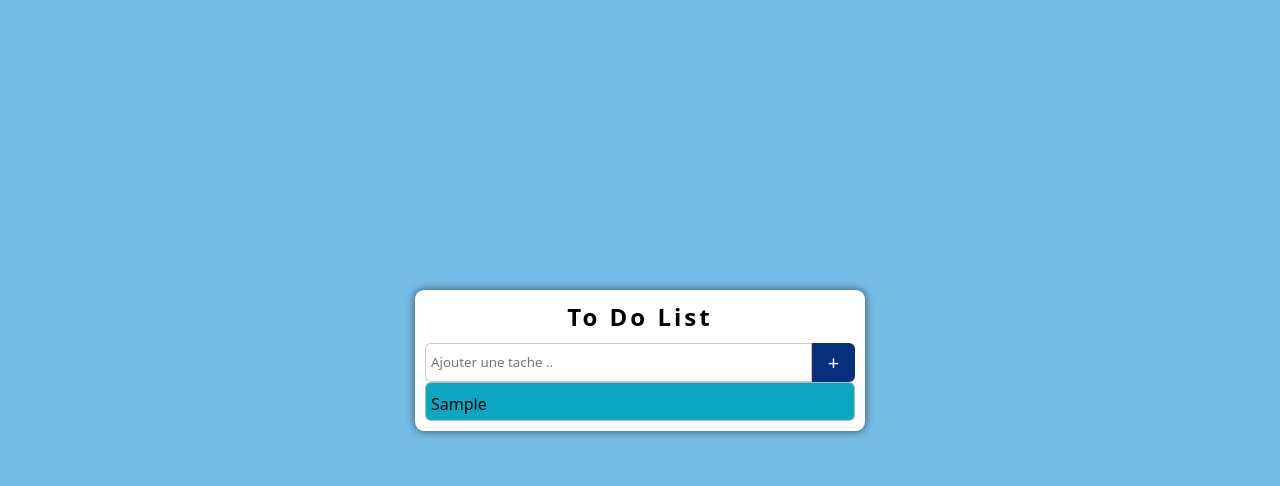
Repository: beva3/javaScrypt
Page: to-do-liste/index.html
These files come from the project's save history. The page is drawn as it stood at one moment and after a run of saves; the edit follows.
The browser window is 1280 px wide. The pictures show the whole page.
Empty fields were first filled with sample values (such as "Sample", 5 or name@example.com).
After loading, the first visible `#addTodo` was clicked once.

Above is the page before, as saved 2024-05-08 21:24:09.

After the next 2 saves:
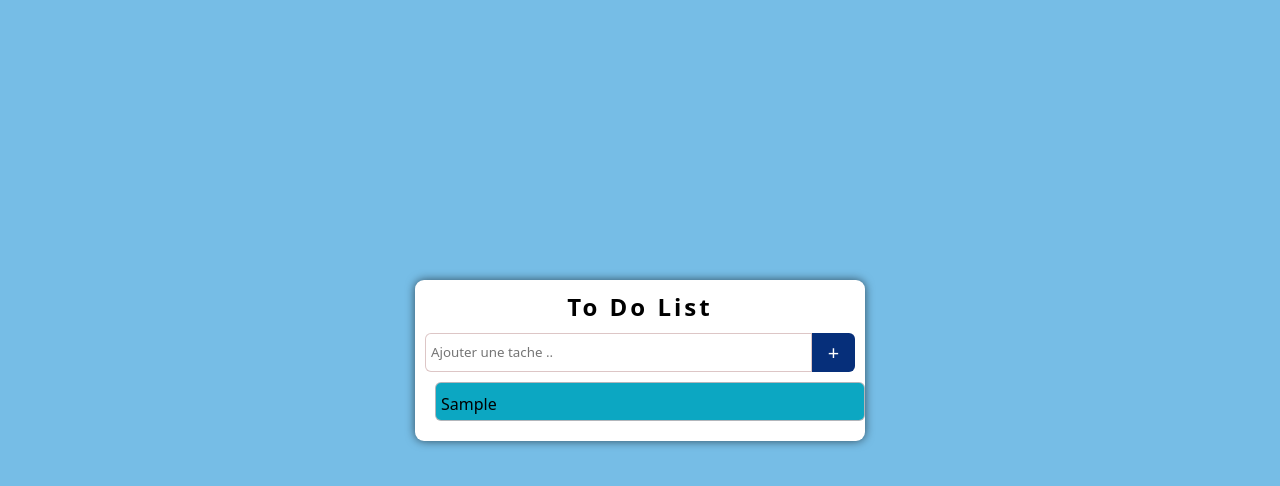
The 2 saves are shown as one change because they came seconds apart.
The last was saved 13 s later.
--- a/to-do-liste/style.css
+++ b/to-do-liste/style.css
@@ -54,5 +54,5 @@ h1{
     border: 1px solid rgba(214, 186, 186, 0.822);
     background-color: rgb(12, 167, 194);
     border-radius: 6px;
-    margin: ;
+    margin: 10px;
 }
